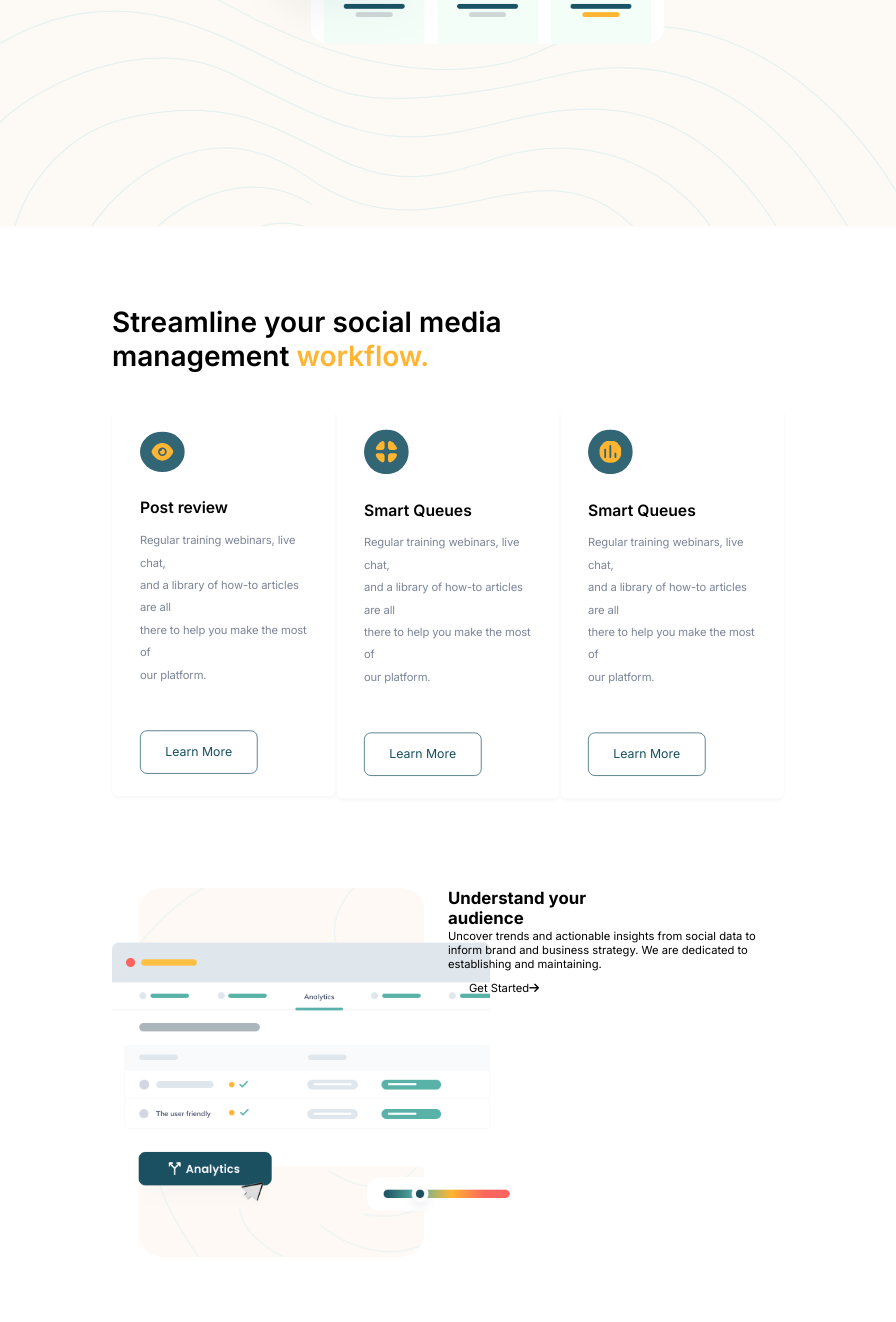
Repository: badhon252/Clickbay
Page: index.html
These files come from the project's save history. The page is drawn as it stood at one moment and after the next save; the edit follows.
The browser window is 1280 px wide. The pictures show the part of the page from y = 908 to 2828 px (the page is 2796 px tall before and 2828 px after), at 70% of full size.
The style sheet was rebuilt from its Sass, Less or Tailwind sources for each picture, by a compiler version that may differ from the author's.

Above is the page before, as saved 2022-09-05 02:43:58.

### index.html
<!DOCTYPE html>
<html lang="en">

<head>
    <meta charset="UTF-8">
    <meta http-equiv="X-UA-Compatible" content="IE=edge">
    <meta name="viewport" content="width=device-width, initial-scale=1.0">
    <!-- fontawesome cdn  -->
    <link rel="stylesheet" href="https://cdnjs.cloudflare.com/ajax/libs/font-awesome/6.2.0/css/all.min.css">
    <link rel="stylesheet" href="./scss/style.css">
    <title>Clickbay</title>
</head>

<body>
    <header class="">
        <img src="./images/Group 676.svg" alt="" class="header-img">
        <div class="container">


            <nav class="navbar">
                <div class="navbar_brand">
                    <img src="./images/logo.svg" alt="Image not found!">
                </div>

                <ul class="nav">
                    <li class="nav-items"><a href="" class="nav-links">Solutions</a></li>
                    <li class="nav-items"><a href="" class="nav-links">Company</a></li>
                    <li class="nav-items"><a href="" class="nav-links">Platform</a></li>
                </ul>

                <div class="nav-btns">
                    <button class="btn nav-log">Log in</button>
                    <button class="btn nav-start">Get Started</button>
                </div>
            </nav>

            <div class="header-content">
                <h1 class="h1 my-4 text-center">
                    Perfect media with <br> perfect Partner , we!!
                </h1>
                <img src="./images/Vector 735.png" alt="" class="signature text-center">
                <p class="text-center">Collaborate with your clients and teams to plan, post, and measure.</p>

                <div class="company-stat">
                    <div class="row">
                        <div class="col-md-4">
                            <img src="./images/Group 689.png" class="" alt="">
                        </div>
                        <div class="col-md-4 subscriber">
                            <span class="">+99</span>
                            <div>
                                <h2>People subscribed today</h2>
                                <img src="./images/Group 678.png" alt="">
                            </div>
                        </div>
                        <div class="col-md-4 follow">
                            <div class="follower">

                                <img src="./images/Group 1037.svg" alt="">
                                <div>
                                    <h3>2.938</h3>
                                    <p>Followers gained after this post</p>
                                </div>
                            </div>
                            <div class="following">
                                <img src="./images/Group 1041.svg" alt="">
                            </div>
                        </div>
                    </div>
                </div>

                <img src="./images/Group 933.png" alt="" class="group-933">

            </div>
        </div>
    </header>

    <section class="second_section container">
        <h2 class="h2 my-3">
            Streamline your social media <br> management <span> workflow.</span>
        </h2>
        <div class="row">

            <div class="card">
                <img src="./images/Show.svg" class="my-1" alt="">
                <h3 class="my-1">Post review</h3>
                <p class="my-1">Regular training webinars, live chat, <br> and a library of how-to articles are all<br>
                    there to help
                    you make
                    the most of<br> our platform.</p><button class="btn">
                    <a href="#">Learn More</a>
                </button>
            </div>

            <div class="card">
                <img src="./images/Category.svg" class="my-1" alt="">
                <h3 class="my-1">Smart Queues</h3>
                <p class="my-1">Regular training webinars, live chat, <br> and a library of how-to articles are all<br>
                    there to help
                    you make
                    the most of<br> our platform.</p><button class="btn">
                    <a href="#">Learn More</a>
                </button>
            </div>

            <div class="card">
                <img src="./images/Chart.svg" class="my-1" alt="">
                <h3 class="my-1">Smart Queues</h3>
                <p class="my-1">Regular training webinars, live chat, <br> and a library of how-to articles are all<br>
                    there to help
                    you make
                    the most of<br> our platform.</p><button class="btn">
                    <a href="#">Learn More</a>
                </button>
            </div>

        </div>

    </section>

    <section class="third_section container">
        <div class="row my-4">
            <div class="col-md-6"><img src="./images/Group 703.png" alt=""></div>
            <div class="col-md-6">
                <h2>Understand your <br> <span> audience</span> </h2>
                <p>Uncover trends and actionable insights from social data to inform brand and business strategy. We are
                    dedicated to
                    establishing and maintaining.</p>
                <div class="btn">
                    Get Started<i class="fa-solid fa-arrow-right"></i>
                </div>
            </div>
        </div>
    </section>
</body>

</html>

### scss/style.scss
@import url("https://fonts.googleapis.com/css2?family=Inter:wght@400;600;700;800;900&display=swap");
* {
  margin: 0;
  padding: 0;
  box-sizing: border-box;
  font-family: "Inter", sans-serif;
  // font-family: 'Poppins';
}
.container {
  margin: 0 10rem;
}
.btn {
  outline: none;
  border: none;
  padding: 15px 30px;
  font-size: 1rem;
  background-color: transparent;
}
.h1 {
  font-size: 4rem;
}
.text-center {
  text-align: center;
}
// margin
.my-1 {
  margin: 1rem 0;
}
.my-2 {
  margin: 2rem 0;
}
.my-3 {
  margin: 3rem 0;
}
.my-4 {
  margin: 4rem 0;
}
.my-5 {
  margin: 5rem 0;
}

// grid system using flex

//==============================
//===================
//==============================

header {
  .row {
    display: flex;
    justify-content: space-evenly;
    align-items: center;
  }
  background-color: #fdf9f4;
  min-height: 100vh;
  position: relative;
  overflow: hidden;

  .header-img {
    position: absolute;
    bottom: 0;
    right: 0;
    z-index: 1;
    width: 100%;
  }
  .navbar {
    color: #282b4d;
    padding: 2rem 0;
    display: flex;
    justify-content: space-between;
    align-items: center;
    font-weight: 500;
    .nav {
      display: flex;
      .nav-items {
        margin-left: 3rem;
        list-style-type: none;
        .nav-links {
          text-decoration: none;
          color: black;
          font-size: 1.1rem;
          font-weight: 500;
        }
      }
    }

    .nav-start {
      border: 1px solid #1a5365;
      box-shadow: 0px 25px 35px -20px rgba(232, 236, 243, 0.5);
      border-radius: 10px;
      color: #154f61;
      font-weight: 600;
      margin-left: 10px;
    }
  }

  .header-content {
    .h1 {
      font-weight: 800;
      margin-bottom: -0.6rem;
      color: #12163c;
    }
    .signature {
      display: block;
      margin: 0 auto;
      transform: translateX(217px);
    }
    p {
      font-size: 1.2rem;
      font-weight: 500;
      line-height: 27px;
      color: #12163c94;
    }

    .company-stat {
      transform: translateY(-120px);
      .subscriber {
        display: flex;
        align-items: center;
        background-color: #fff;
        padding: 1.5rem;
        border-radius: 22px;
        span {
          font-weight: 600;
          font-size: 40px;
          line-height: 60px;
          background-color: #fef9f4;
          color: #ffb531;
          padding: 10px;
          border-radius: 15px;
          margin-right: 1.5rem;
        }
        h2 {
          font-size: 1.1rem;
          font-weight: 600;
          padding-bottom: 1rem;
        }
      }

      .follow {
        position: relative;
        z-index: 11;

        .follower {
          display: flex;
          align-items: center;
          background-color: #fff;
          padding: 1.5rem;
          border-radius: 22px;
          img {
            padding-right: 1rem;
          }
          h3 {
            font-size: 1.1rem;
          }
          p {
            font-size: 14px;
          }
        }
        .following {
          position: absolute;
          top: 42px;
          right: -70px;
        }
      }
    }

    .group-933 {
      position: relative;
      margin: 0 auto;
      top: -240px;
      display: block;
      z-index: 9999;
    }
  }
}

.second_section {
  padding: 4rem 0;
  .row {
    display: flex;
    justify-content: space-between;
    align-items: center;
  }
  h2 {
    font-size: 2.5rem;
    font-weight: 600;
    span {
      color: #ffb531;
    }
  }

  .card {
    padding: 1rem 2.5rem;
    border-radius: 10px;

    box-shadow: rgba(0, 0, 0, 0.04) 0px 3px 5px;
    &:hover {
      box-shadow: rgba(17, 17, 26, 0.05) 0px 4px 16px,
        rgba(17, 17, 26, 0.05) 0px 8px 32px;
    }
    img {
      background-color: #336675;
      padding: 1rem;
      border-radius: 50%;
    }

    h3 {
      font-size: 1.4rem;
      font-weight: 600;
      line-height: 29px;
    }

    p {
      line-height: 32px;
      letter-spacing: -0.01em;
      color: #7b8498;
      margin-bottom: 3rem;
    }

    .btn {
      border: 1px solid #1a5365;
      border-radius: 10px;
      padding: 15px 35px;
      margin: 1rem 0;
      // display: none;

      &:hover {
        background-color: #000;
      }
      &:hover a {
        background-color: #000;
        color: #fff;
      }
      a {
        text-decoration: none;
        color: #154f61;
        line-height: 30px;
        font-size: 1.1rem;
        &:hover {
          background-color: #000;
          color: #fff;
        }
      }
    }
    // &:hover .btn {
    //   display: block;
    // }
  }
}

.third_section {
  .row {
    display: flex;
    justify-content: space-between;
    max-width: 100%;
    .col-md-6 {
      max-width: 50%;
    }
  }
}

After the next save:
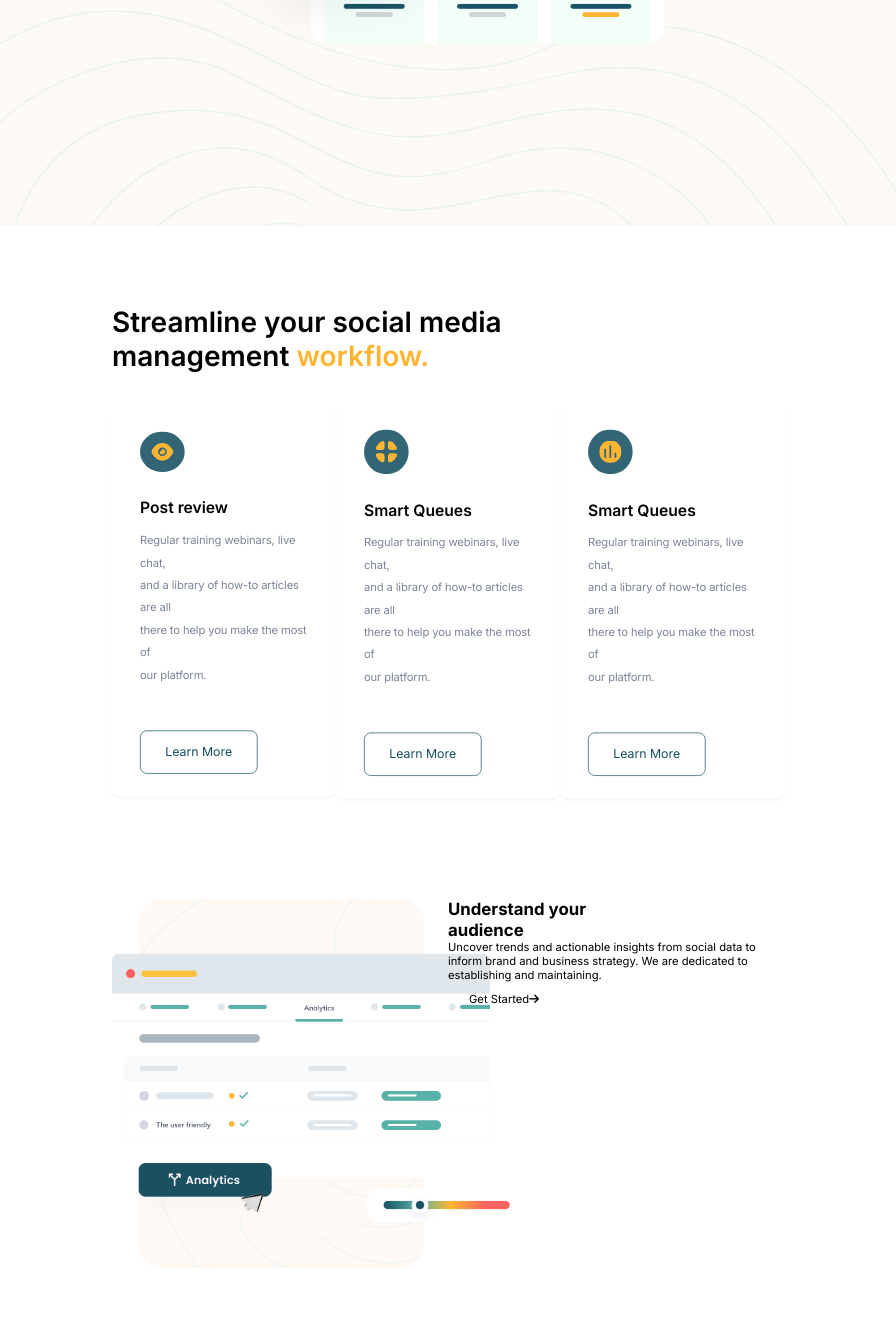
Saved 4 s later.
--- a/index.html
+++ b/index.html
@@ -119,7 +119,7 @@
     </section>
 
     <section class="third_section container">
-        <div class="row my-4">
+        <div class="row my-5">
             <div class="col-md-6"><img src="./images/Group 703.png" alt=""></div>
             <div class="col-md-6">
                 <h2>Understand your <br> <span> audience</span> </h2>
